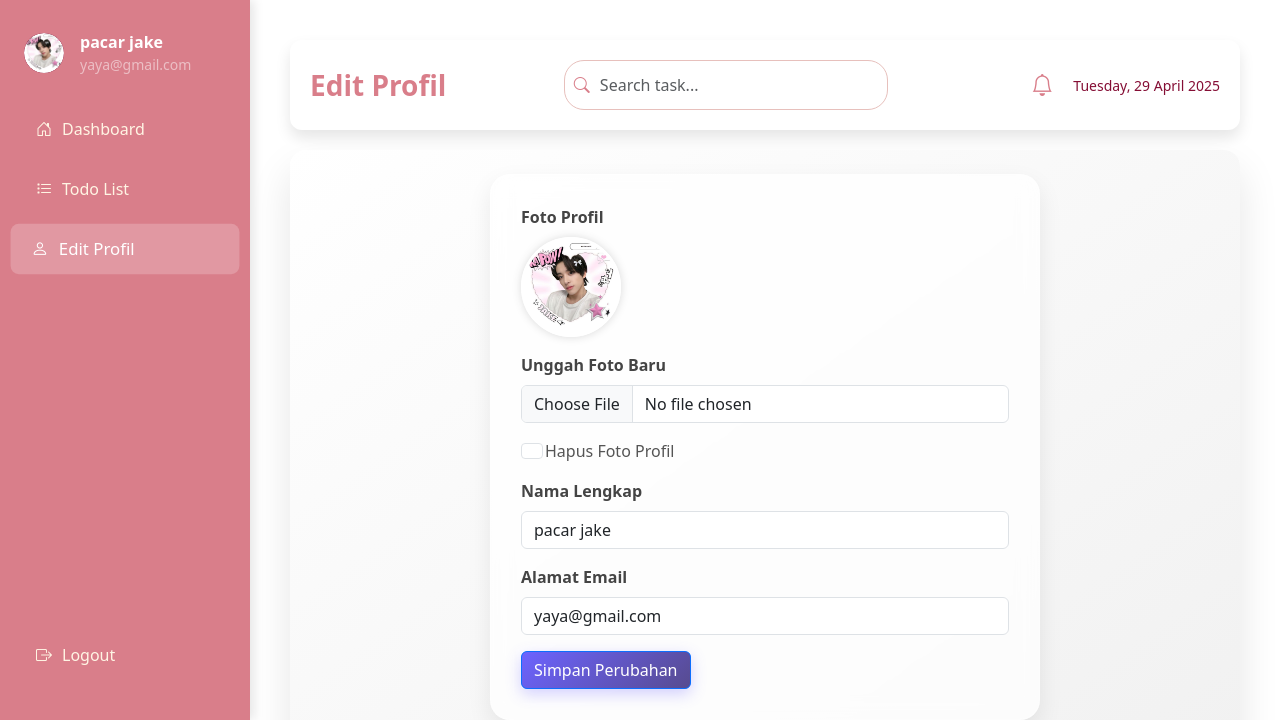
Repository: zhr-nabila/FloTime
Page: http://localhost/profile.php
The author's editor kept a copy of each file at every save. The page is drawn from the files as they stood at one save, then again after the next save.
The browser window is 1280 px wide. The pictures show the whole page.
An inner scrolling area shows only its first screen. The page is run by PHP 8.4 with error messages shown; the project is at /var/www/html/. The session is filled in as if someone had signed in: {"email": "yaya@gmail.com", "status": "login", "user_id": 2}. Other server files are loaded and not shown. The database holds what the project's SQL file puts in it.

Above is the page before, as saved 2025-04-30 21:53:06.

### profile.php
<?php
session_start();
include 'koneksi.php';

if (!isset($_SESSION['email'])) {
    header("Location: login.php");
    exit;
}

$email = $_SESSION['email'];
$activePage = 'profile';

// Ambil data user
$query = mysqli_query($conn, "SELECT * FROM users WHERE email = '$email'");
$user = mysqli_fetch_assoc($query);

// Proses update
if ($_SERVER["REQUEST_METHOD"] == "POST") {
    $new_name = mysqli_real_escape_string($conn, $_POST['name']);
    $new_email = mysqli_real_escape_string($conn, $_POST['email']);
    $photo_name = $user['photo']; // default photo lama

    // Upload foto jika ada
    if (isset($_FILES['photo']) && $_FILES['photo']['error'] == 0) {
        $allowed = ['jpg', 'jpeg', 'png', 'gif'];
        $ext = strtolower(pathinfo($_FILES['photo']['name'], PATHINFO_EXTENSION));
        if (in_array($ext, $allowed)) {
            $filename = uniqid() . '.' . $ext;
            move_uploaded_file($_FILES['photo']['tmp_name'], 'uploads/' . $filename);
            // Hapus file lama
            if ($user['photo'] && file_exists('uploads/' . $user['photo'])) {
                unlink('uploads/' . $user['photo']);
            }
            $photo_name = $filename;
        }
    }

    // Hapus foto jika dipilih
    if (isset($_POST['delete_photo']) && $user['photo']) {
        if (file_exists('uploads/' . $user['photo'])) {
            unlink('uploads/' . $user['photo']);
        }
        $photo_name = null;
    }

    $update = mysqli_query($conn, "UPDATE users SET name='$new_name', email='$new_email', photo=" . ($photo_name ? "'$photo_name'" : "NULL") . " WHERE email='$email'");

    if ($update) {
        $_SESSION['email'] = $new_email;
        header("Location: profile.php");
        exit;
    } else {
        $error = "Gagal memperbarui profil.";
    }
}
?>

<!DOCTYPE html>
<html lang="id">
<head>
    <meta charset="UTF-8">
    <title>Edit Profil</title>
    <link rel="stylesheet" href="css/style.css">
    <link rel="stylesheet" href="css/profile.css">
    <link href="https://cdn.jsdelivr.net/npm/bootstrap@5.3.3/dist/css/bootstrap.min.css" rel="stylesheet">
    <link href="https://cdn.jsdelivr.net/npm/bootstrap-icons@1.10.5/font/bootstrap-icons.css" rel="stylesheet">
</head>
<body>

<?php include 'includes/sidebar.php'; ?>

<div class="main-content">
    <?php
    $pageTitle = "Edit Profil";
    include 'includes/topbar.php';
    ?>
    <div class="content p-4">
        <!-- <h2 class="mb-4">Edit Profil</h2> -->

        <form method="POST" enctype="multipart/form-data" class="form-profile">
            <div class="mb-3">
                <label class="form-label">Foto Profil</label><br>
                <?php if ($user['photo']) : ?>
                    <img src="uploads/<?= htmlspecialchars($user['photo']) ?>" alt="Foto" class="photo-user">
                <?php else : ?>
                    <div class="user-avatar-lg">
                        <?= strtoupper(substr($user['name'] ?: $user['email'], 0, 1)) ?>
                    </div>
                <?php endif; ?>
            </div>

            <div class="mb-3">
                <label for="photo" class="form-label">Unggah Foto Baru</label>
                <input type="file" name="photo" id="photo" class="form-control">
            </div>

            <?php if ($user['photo']) : ?>
                <div class="mb-3 form-check">
                    <input class="form-check-input" type="checkbox" name="delete_photo" id="delete_photo">
                    <label class="form-check-label" for="delete_photo">Hapus Foto Profil</label>
                </div>
            <?php endif; ?>

            <div class="mb-3">
                <label for="name" class="form-label">Nama Lengkap</label>
                <input type="text" name="name" id="name" class="form-control" value="<?= htmlspecialchars($user['name']) ?>" required>
            </div>

            <div class="mb-3">
                <label for="email" class="form-label">Alamat Email</label>
                <input type="email" name="email" id="email" class="form-control" value="<?= htmlspecialchars($user['email']) ?>" required>
            </div>

            <?php if (isset($error)) : ?>
                <div class="alert alert-danger"><?= $error ?></div>
            <?php endif; ?>

            <button type="submit" class="btn btn-primary">Simpan Perubahan</button>
        </form>
    </div>
</div>
</body>
</html>

### koneksi.php
<?php
$host = "localhost";
$user = "root";
$pass = "";
$db = "todolist";

$conn = mysqli_connect($host, $user, $pass, $db);

if (!$conn) {
    die("Koneksi gagal: " . mysqli_connect_error());
}

### includes/sidebar.php
<?php
if (!isset($_SESSION)) session_start();
include_once 'koneksi.php';

$email = $_SESSION['email'] ?? '';

// Ambil data user
$query = mysqli_query($conn, "SELECT * FROM users WHERE email = '$email'");
$user = mysqli_fetch_assoc($query);

// Ambil nama dan foto
$name = $user['name'] ?? '';
$avatar = $user['photo'] ?? null; // GUNAKAN 'photo' bukan 'avatar'

// Ambil inisial dari nama jika ada, kalau tidak dari email
$display_name = $name ?: $email;
$initial = strtoupper(substr($display_name, 0, 1));
?>

<div class="sidebar d-flex flex-column">
    <div class="px-4 d-flex align-items-center mb-4">
        <div class="user-avatar">
            <?php if ($avatar && file_exists("uploads/$avatar")): ?>
                <img src="uploads/<?= htmlspecialchars($avatar) ?>" alt="Avatar">
            <?php else: ?>
                <?= $initial ?>
            <?php endif; ?>
        </div>
        <div class="ms-3">
            <div class="fw-semibold"><?= htmlspecialchars($name ?: 'User') ?></div>
            <div class="small text-white-50"><?= htmlspecialchars($email) ?></div>
        </div>
    </div>
    <nav class="nav flex-column px-3">
        <a class="nav-link <?= ($activePage == 'dashboard') ? 'active' : '' ?>" href="dashboard.php">
            <i class="bi bi-house-door"></i> Dashboard
        </a>
        <a class="nav-link <?= ($activePage == 'todo') ? 'active' : '' ?>" href="todo.php">
            <i class="bi bi-list-task"></i> Todo List
        </a>
        <a class="nav-link <?= ($activePage == 'profile') ? 'active' : '' ?>" href="profile.php">
            <i class="bi bi-person"></i> Edit Profil
        </a>
        <a class="nav-link logout" href="logout.php">
            <i class="bi bi-box-arrow-right"></i> Logout
        </a>
    </nav>
</div>

### includes/topbar.php
<div class="header">
    <div class="title"><?= isset($pageTitle) ? htmlspecialchars($pageTitle) : 'Untitled'; ?></div>
    <div class="search-bar">
        <form method="GET" action="todo.php" class="d-flex">
            <input type="text" name="search" class="form-control" placeholder="Search task..." value="<?= isset($_GET['search']) ? htmlspecialchars($_GET['search']) : '' ?>">
            <button type="submit" class="btn"><i class="bi bi-search"></i></button>
        </form>
    </div>

    <div class="notifications">
        <i class="bi bi-bell"></i>
        <div class="date"><?= date('l, d F Y') ?></div>
    </div>
</div>

### css/style.css
@import url('https://fonts.googleapis.com/css2?family=Poppins:wght@500&display=swap');

:root {
    --c0: #ffffff;
    --c1: #E3919F;
    --c2: #E7C0BC;
    --c3: #370808;
    --c4: #D97E8A;
    --c5: #EC9FAB;
    --c6: #000000;
    /* gradient */
    --c7: #850e35;
    --c8: #ee6983;
    --c9: #ffc4c4;
    --c10: #fff5e4;
    --c11: #d1d5db;
}


*:not(input):not(textarea):not([contenteditable="true"]) {
    caret-color: transparent !important;
}

input,
textarea,
[contenteditable="true"] {
    caret-color: auto;
    outline: none;
    padding: 6px 10px;
    border-radius: 5px;
    transition: border 0.2s ease;
}

body {
    background: #f5f8fa;
    font-family: 'Segoe UI', sans-serif;
    margin: 0;
    padding: 0;
    overflow: hidden;
}

html,
body {
    height: 100%;
}


::-webkit-scrollbar {
    display: none;
}

.main-content {
    margin-left: 250px;
    padding: 40px;
    height: 100vh;
    overflow-y: auto;
}


.sidebar {
    height: 100vh;
    background: var(--c4);
    color: var(--c0);
    padding-top: 30px;
    position: fixed;
    width: 250px;
    transition: all 0.3s;
    box-shadow: 4px 0 10px rgba(0, 0, 0, 0.1);
}

.sidebar .nav-link {
    color: var(--c10);
    padding: 12px 20px;
    margin: 6px 0;
    border-radius: 8px;
    display: flex;
    align-items: center;
    gap: 10px;
    transition: all 0.3s ease;
    font-size: 16px;
}

.sidebar .nav-link:hover,
.sidebar .nav-link.active {
    background-color: rgba(255, 255, 255, 0.2);
    color: var(--c0);
    transform: scale(1.05);
}

.sidebar .nav-link.logout {
    color: var(--c10);
    padding: 12px 20px;
    margin: 22rem 0;
    border-radius: 8px;
    display: flex;
    align-items: center;
    gap: 10px;
    transition: all 0.3s ease;
    font-size: 16px;
}

.sidebar .nav-link.logout:hover {
    background-color: rgba(255, 255, 255, 0.2);
    color: var(--c0);
    transform: scale(1.05);
}

.main-content {
    margin-left: 250px;
    padding: 40px;
}

.header {
    display: flex;
    justify-content: space-between;
    align-items: center;
    padding: 20px;
    background: var(--c0);
    border-radius: 12px;
    box-shadow: 0 8px 15px rgba(0, 0, 0, 0.1);
    margin-bottom: 20px;
}

.header .title {
    font-size: 28px;
    font-weight: bold;
    color: var(--c4);
}

.header .search-bar {
    position: relative;
    width: 350px;
}

.header .search-bar input {
    width: 100%;
    padding: 12px 40px 12px 35px;
    border-radius: 20px;
    border: 1px solid var(--c2);
    font-size: 16px;
    transition: border 0.3s;
}

.header .search-bar input:focus {
    border: 1px solid var(--c4);
    outline: none;
}

.header .search-bar i {
    position: absolute;
    top: 50%;
    left: 10px;
    transform: translateY(-50%);
    color: var(--c4);
}

.header .notifications {
    display: flex;
    align-items: center;
    gap: 20px;
}

.header .notifications .bi {
    font-size: 22px;
    cursor: pointer;
    color: var(--c4);
    transition: color 0.3s;
}

.header .notifications .bi:hover {
    color: var(--c7);
}

.card-welcome {
    background: linear-gradient(135deg, var(--c9), var(--c10));
    border-radius: 10px 60px 30px;
    box-shadow: 0 15px 30px rgba(0, 0, 0, 0.1);
    padding: 30px;
    animation: fadeIn 0.6s ease;
    margin-bottom: 30px;
    color: var(--c7);
    border: none;
}

.user-avatar {
    width: 40px;
    height: 40px;
    border-radius: 50%;
    background-color: var(--c7);
    color: var(--c0);
    display: flex;
    align-items: center;
    justify-content: center;
    font-weight: bold;
    font-size: 18px;
    overflow: hidden;
    flex-shrink: 0;
}

.user-avatar img {
    width: 100%;
    height: 100%;
    object-fit: cover;
    border-radius: 50%;
    display: block;
}
.user-avatar {
    width: 40px;
    height: 40px;
    border-radius: 50%;
    background-color: var(--c7);
    color: var(--c0);
    display: flex;
    align-items: center;
    justify-content: center;
    font-weight: bold;
    font-size: 18px;
    overflow: hidden;
    flex-shrink: 0;
}

.user-avatar img {
    width: 100%;
    height: 100%;
    object-fit: cover;
    border-radius: 50%;
    display: block;
}


.date {
    font-size: 14px;
    color: var(--c7);
}

@keyframes fadeIn {
    from {
        opacity: 0;
        transform: translateY(20px);
    }

    to {
        opacity: 1;
        transform: translateY(0);
    }
}

/* Mobile Responsiveness */
@media (max-width: 768px) {
    .sidebar {
        width: 200px;
    }

    .main-content {
        margin-left: 200px;
    }

    .header .title {
        font-size: 24px;
    }

    .header .search-bar {
        width: 250px;
    }
}

/* todo */

.container {
    animation: fadeIn 0.6s ease;
}

.premium-form {
    background-color: var(--c9);
    border: 2px solid var(--c2);
    border-radius: 12px;
}

.btn-gradient {
    background-color: var(--c7);
    color: white;
    border: none;
    transition: 0.3s ease;
    border-radius: 10px;
    padding: 10px;
}

.btn-gradient:hover {
    transform: scale(1.02);
    background-color: var(--c8);
    color: var(--c0);
    box-shadow: 0 4px 8px rgba(0, 0, 0, 0.15);
}

.form-control-sm {
    font-size: 14px;
    padding: 0.8rem 1rem;
    border: none;
}

.form-label {
    color: var(--c7);
}

.premium-table th {
    font-weight: 600;
    background-color: var(--c9);
    color: var(--c7);
}

.premium-table td {
    vertical-align: middle;
    padding-top: 16px;
    padding-bottom: 16px;
    font-size: 15px;
}

.table-hover tbody tr:hover {
    background-color: #fdf2f2;
    transition: 0.3s;
}

.table td,
.table th {
    text-align: center;
}

.btn-icon {
    width: 38px;
    height: 38px;
    padding: 0;
    border-radius: 50%;
    display: inline-flex;
    align-items: center;
    justify-content: center;
    font-size: 1.1rem;
    transition: all 0.3s ease-in-out;
}

.btn-icon:hover {
    box-shadow: 0 0 10px rgba(100, 180, 255, 0.4);
    transform: scale(1.08);
}

### css/profile.css
body {
    background-color: #f0f2f5;
    font-family: 'Segoe UI', Tahoma, Geneva, Verdana, sans-serif;
    color: #333;
}

.container-fluid {
    min-height: 100vh;
}

.content {
    flex-grow: 1;
    background: linear-gradient(145deg, #ffffff, #f1f1f1);
    border-radius: 16px;
    box-shadow: 0 20px 40px rgba(0, 0, 0, 0.1);
    padding: 40px;
    border: none;
}

.form-profile {
    max-width: 550px;
    margin: 0 auto;
    background: rgba(255, 255, 255, 0.75);
    padding: 30px;
    border-radius: 20px;
    box-shadow: 0 10px 25px rgba(0, 0, 0, 0.08);
    backdrop-filter: blur(10px);
    border: 1px solid rgba(255, 255, 255, 0.2);
}

.form-label {
    font-weight: 600;
    color: #444;
}




.btn-primary {
    background: linear-gradient(135deg, #6c63ff, #574b90);
    border: none;
    padding: 10px 20px;
    font-weight: 600;
    border-radius: 8px;
    transition: 0.3s ease;
    box-shadow: 0 5px 15px rgba(108, 99, 255, 0.3);
}

.btn-primary:hover {
    background: linear-gradient(135deg, #574b90, #6c63ff);
    box-shadow: 0 7px 20px rgba(108, 99, 255, 0.5);
}

.photo-user {
    width: 100px;
    height: 100px;
    object-fit: cover;
    border-radius: 100%;
    box-shadow: 0 0 10px rgba(0, 0, 0, 0.15);
    border: 3px solid #fff;
}

.user-avatar-lg {
    width: 100px;
    height: 100px;
    background-color: #6c63ff;
    color: #fff;
    font-size: 36px;
    font-weight: bold;
    border-radius: 50%;
    display: flex;
    align-items: center;
    justify-content: center;
    box-shadow: 0 0 10px rgba(0, 0, 0, 0.15);
}

.form-check-label {
    font-weight: 500;
    color: #555;
}

### todolist.sql (the tables this page reads)
CREATE TABLE `users` (
  `id` int(11) NOT NULL,
  `email` varchar(255) NOT NULL,
  `name` varchar(100) DEFAULT NULL,
  `password` varchar(255) NOT NULL,
  `photo` varchar(255) DEFAULT NULL
) ENGINE=InnoDB DEFAULT CHARSET=utf8mb4 COLLATE=utf8mb4_general_ci;

INSERT INTO `users` (`id`, `email`, `name`, `password`, `photo`) VALUES
(2, 'yaya@gmail.com', 'pacar jake', '1234', '682bf641de05a.jpeg');

ALTER TABLE `users`
  ADD PRIMARY KEY (`id`),
  ADD UNIQUE KEY `email` (`email`);

ALTER TABLE `users`
  MODIFY `id` int(11) NOT NULL AUTO_INCREMENT, AUTO_INCREMENT=4;

After the next save:
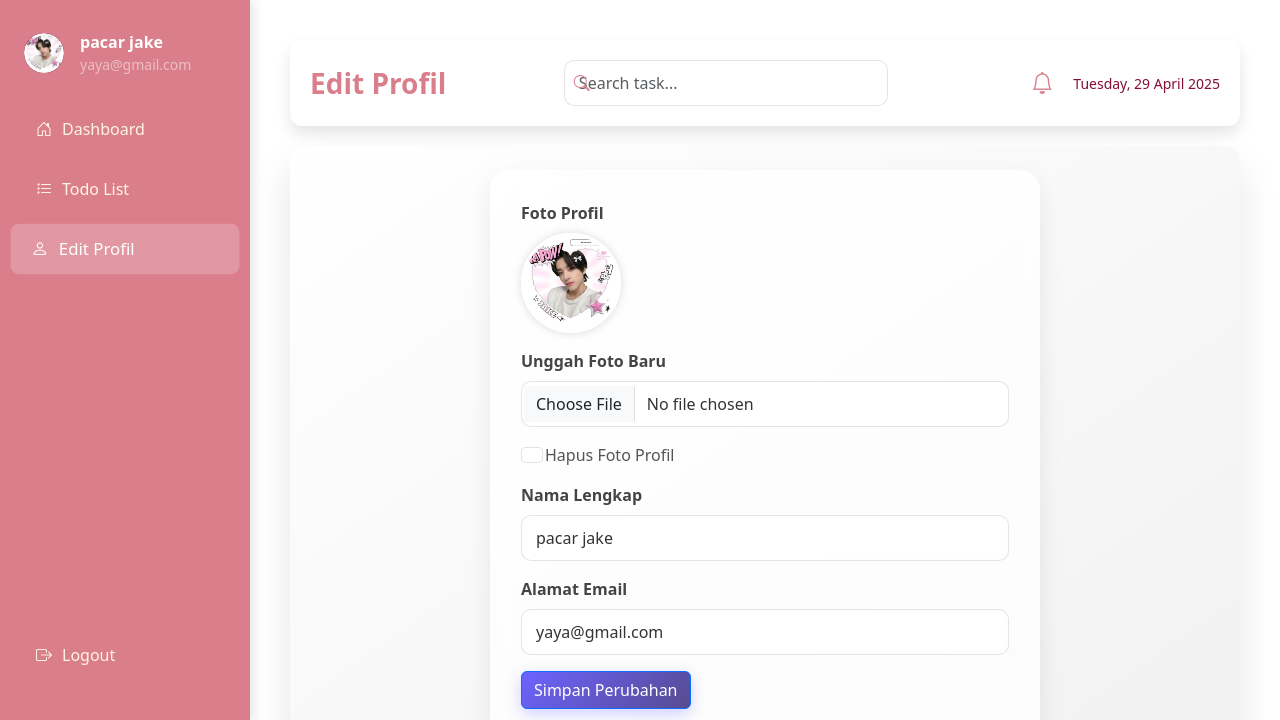
Saved 15 s later.
--- a/css/profile.css
+++ b/css/profile.css
@@ -33,8 +33,25 @@ body {
     color: #444;
 }
 
+input.form-control[type="text"],
+input.form-control[type="email"],
+input.form-control[type="file"] {
+    background: rgba(255, 255, 255, 0.2);
+    border: 1px solid rgba(0, 0, 0, 0.1);
+    backdrop-filter: blur(6px);
+    color: #333;
+    font-weight: 500;
+    border-radius: 10px;
+    padding: 10px 14px;
+    transition: all 0.3s ease-in-out;
+}
 
-
+input.form-control:focus {
+    border-color: #6c63ff;
+    box-shadow: 0 0 0 0.2rem rgba(108, 99, 255, 0.25);
+    background: rgba(255, 255, 255, 0.4);
+    color: #000;
+}
 
 .btn-primary {
     background: linear-gradient(135deg, #6c63ff, #574b90);
